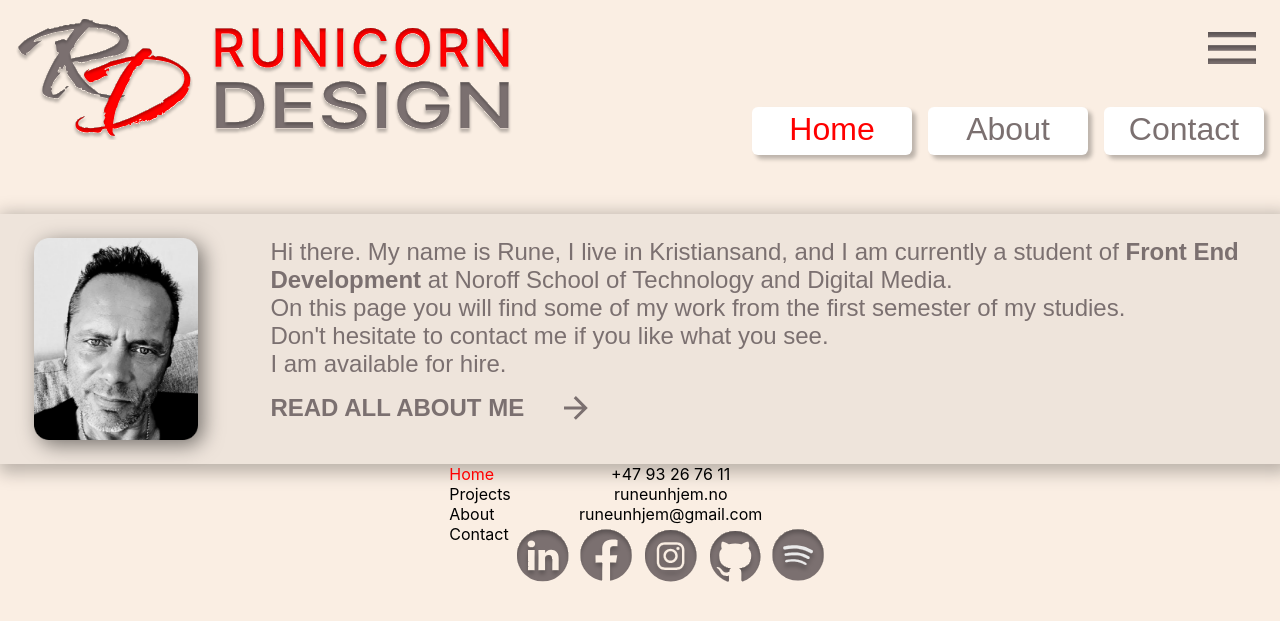
Repository: runeunhjem/portfolio1-ca
Page: index.html
These files come from the project's save history. The page is drawn as it stood at one moment and after a run of saves; the edit follows.
The browser window is 1280 px wide. The pictures show the whole page.
Some web fonts or font styles are not loaded; a fallback is used. The style sheet was rebuilt from its Sass, Less or Tailwind sources for each picture, by a compiler version that may differ from the author's.

Above is the page before, as saved 2023-06-01 11:01:39.

After the next 2 saves:
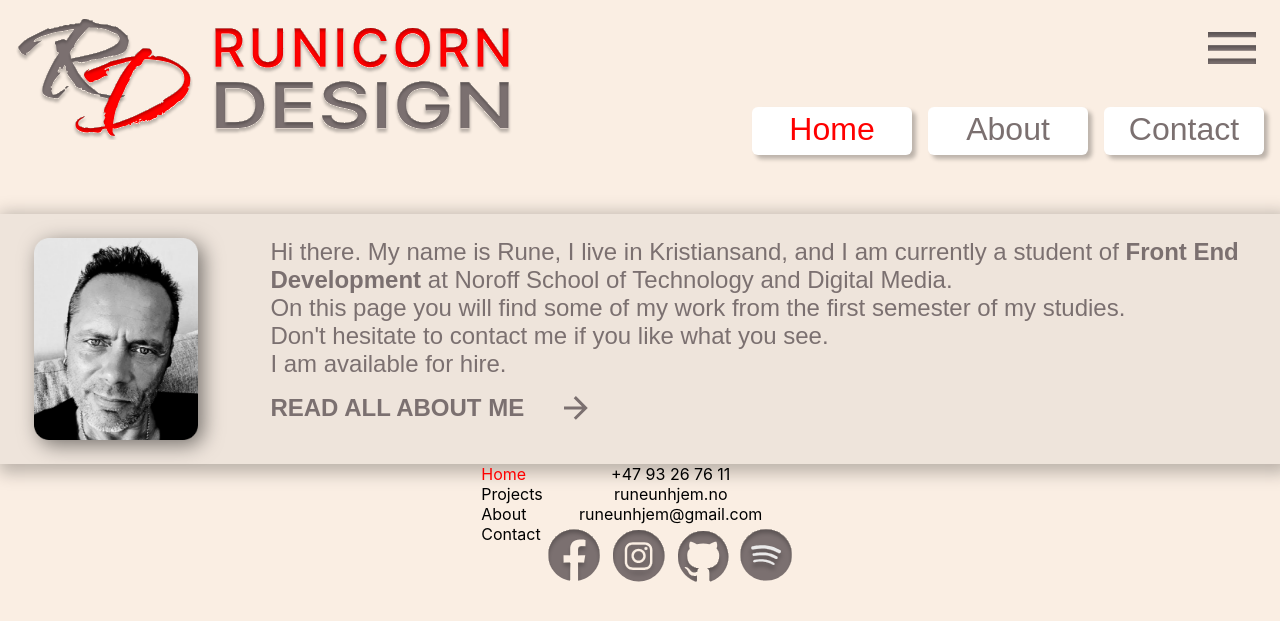
The 2 saves are shown as one change because they came seconds apart.
The last was saved 59 s later.
--- a/index.html
+++ b/index.html
@@ -71,6 +71,7 @@
       <p><a class="link-reset" href="mailto:runeunhjem@gmail.com">runeunhjem@gmail.com</a></p>
       <div class="social flex">
         <a class="link-reset" href="https://www.linkedin.com/in/runeunhjem/" target="_blank">
+          <span
           <img class="social-icon" src="images/ico-linkedin.svg" alt="LinkedIn">
         </a>
         <a class="link-reset" href="https://www.facebook.com/runeunhjem" target="_blank">

After the save that followed:
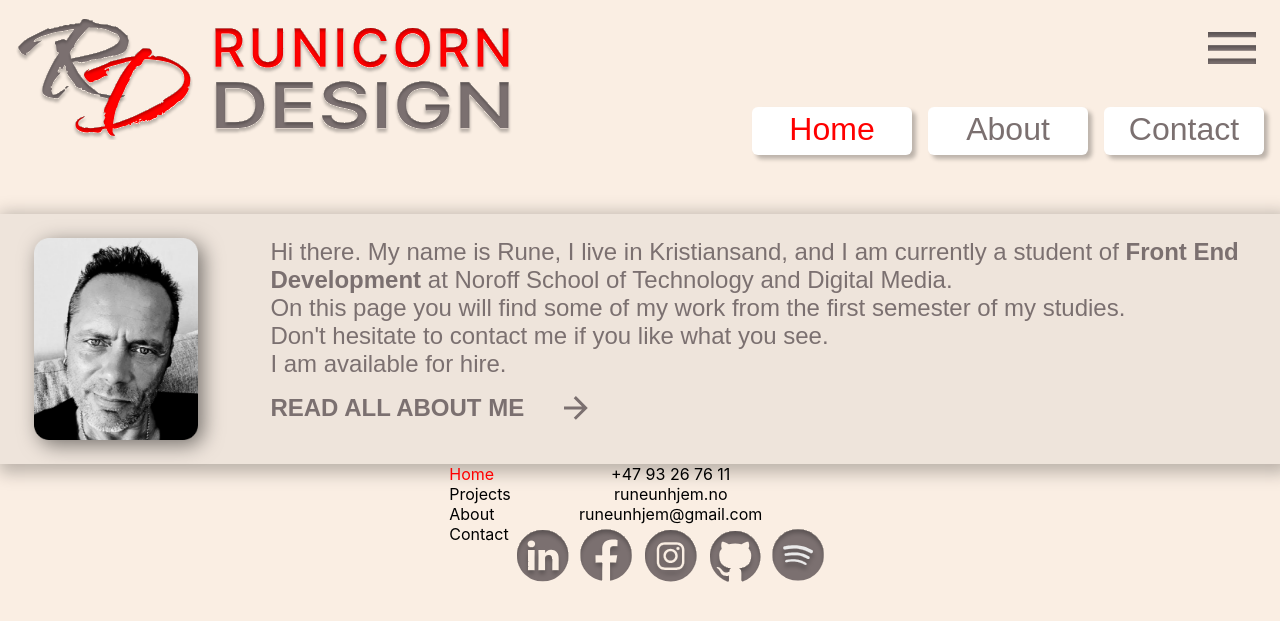
Saved 5 s later.
--- a/index.html
+++ b/index.html
@@ -71,7 +71,7 @@
       <p><a class="link-reset" href="mailto:runeunhjem@gmail.com">runeunhjem@gmail.com</a></p>
       <div class="social flex">
         <a class="link-reset" href="https://www.linkedin.com/in/runeunhjem/" target="_blank">
-          <span
+          <span class="out-of-view">LinkedIn</span>
           <img class="social-icon" src="images/ico-linkedin.svg" alt="LinkedIn">
         </a>
         <a class="link-reset" href="https://www.facebook.com/runeunhjem" target="_blank">
